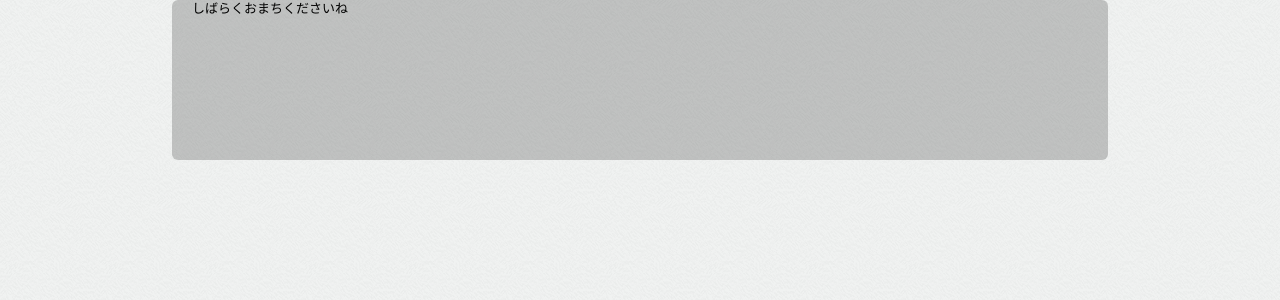
Repository: alivecast/exder_android_sales
Page: exorder.director/assets/www/loading.html
The author's editor kept a copy of each file at every save. The page is drawn from the files as they stood at one save, then again after the next save.
The browser window is 1280 px wide. The pictures show the whole page.

Above is the page before, as saved 2012-12-14 08:11:14.

After the next save:
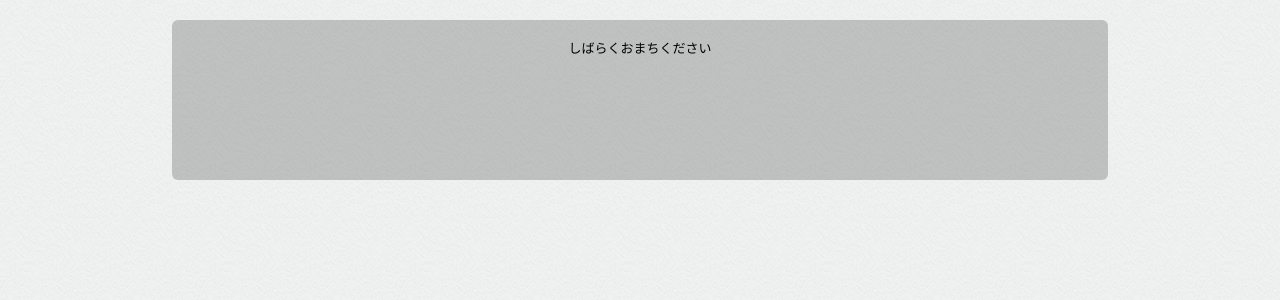
Saved 75 s later.
--- a/exorder.director/assets/www/loading.html
+++ b/exorder.director/assets/www/loading.html
@@ -47,7 +47,6 @@
 					};
 					var target = document.getElementById('spin');
 					var spinner = new Spinner(opts).spin(target);
-
 				}
 		</script>
 	</head>
@@ -55,14 +54,13 @@
 	<body>
 		<div data-role="page" data-add-back-btn="false" data-theme="z">
 			<!-- loading -->
-			<div data-role="content" id="loading">
+			<div class="loading" data-role="content" id="loading">
 				<div class="loading_box">
-					<p>
-						しばらくおまちくださいね
-					</p>
-					<div id="spin"></div>
+					<p>しばらくおまちください</p>
+					<div id="loadingImg" class="square"></div>
 				</div>
 			</div>
+		</div>
 	</body>
 
 </html>
